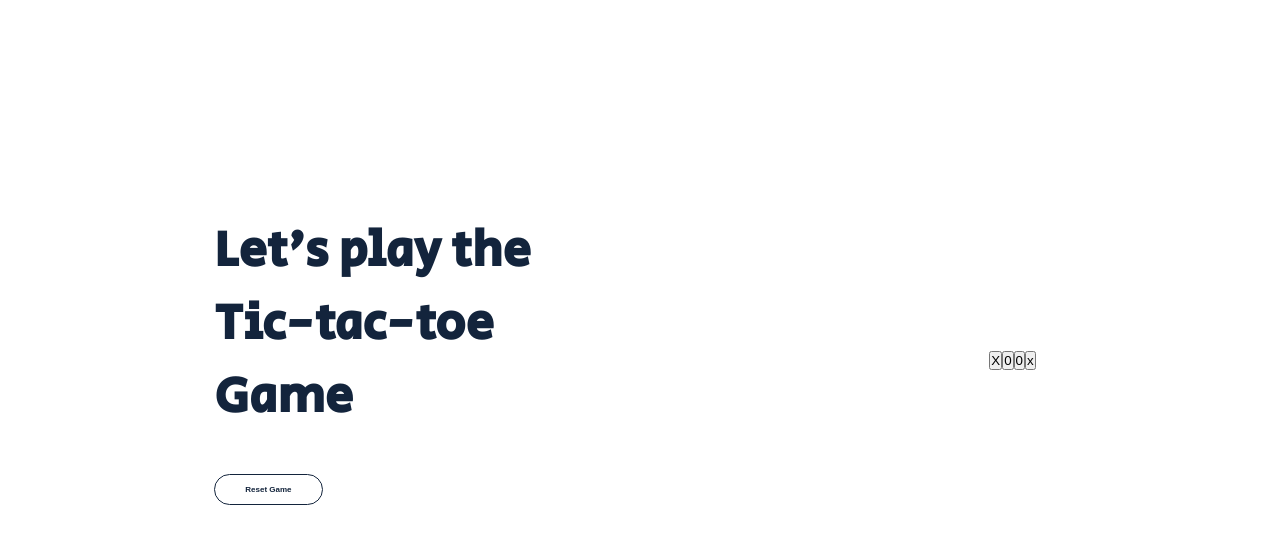
Repository: evergreenx/tic-tac
Page: /
An editor plug-in stored every save of this project. The page is shown before and after the next save, followed by the edit.
The browser window is 1280 px wide. The pictures show the whole page.
The project was rebuilt for these pictures with package versions that can differ from the ones it lists, and the page was loaded fresh each time.

Above is the page before, as saved 2022-04-21 14:02:56.

### src/index.scss

$primary-color: #13243C;

@import url("https://fonts.googleapis.com/css2?family=Anton&family=Secular+One&display=swap");

* {
  margin: 0;
  padding: 0;
  box-sizing: border-box;
}

body {
  font-family: "Secular One", sans-serif;
}

.App {
  display: flex;
  flex-direction: row;
  align-items: center;
  justify-content: space-around;
  height: 100vh;

  .board-text {
    .heading {
      color: $primary-color;
      font-size: 50px;
      margin-bottom: 20px;
    }


  }
}

@media (max-width: 768px) {
  .App {
    flex-direction: column;
  }
}

### src/App.js
import Board from "./components/Board";

function App() {
  return (
    <section className="App">
      <div className="board-text">
        <h1 className="heading">
          Let's play the <br /> Tic-tac-toe <br />  Game
        </h1>
        <div class="reset--button">
          <button class="reset--button--text">Reset Game</button>
        </div>
      </div>

      <Board />
    </section>
  );
}

export default App;

### src/components/Board.jsx
import React from "react";
import './Board.scss'

function Board() {
  return (
    <div className="board">
      <button>X</button>

      <button>0</button>

      <button>0</button>

      <button>x</button>
    </div>
  );
}

export default Board;

### src/components/Board/Board.scss
.board {
  display: flex;
  flex-direction: row;
  padding: 30px;
}

.game-status {
  align-self: flex-end;
  margin-top: 30px;
}
.reset--button--text {
  color: #13243C;
  font-size: 0.5rem;
  padding: 10px 30px;
  border: 1px #13243C solid;
  border-radius: 50px;
  cursor: pointer;
  background-color: #fff;
  margin-top: 20px;
  font-weight: 600;
}

Loaded but not shown: public/index.html (common file); src/index.js (common file); src/reportWebVitals.js (common file)

After the next save:
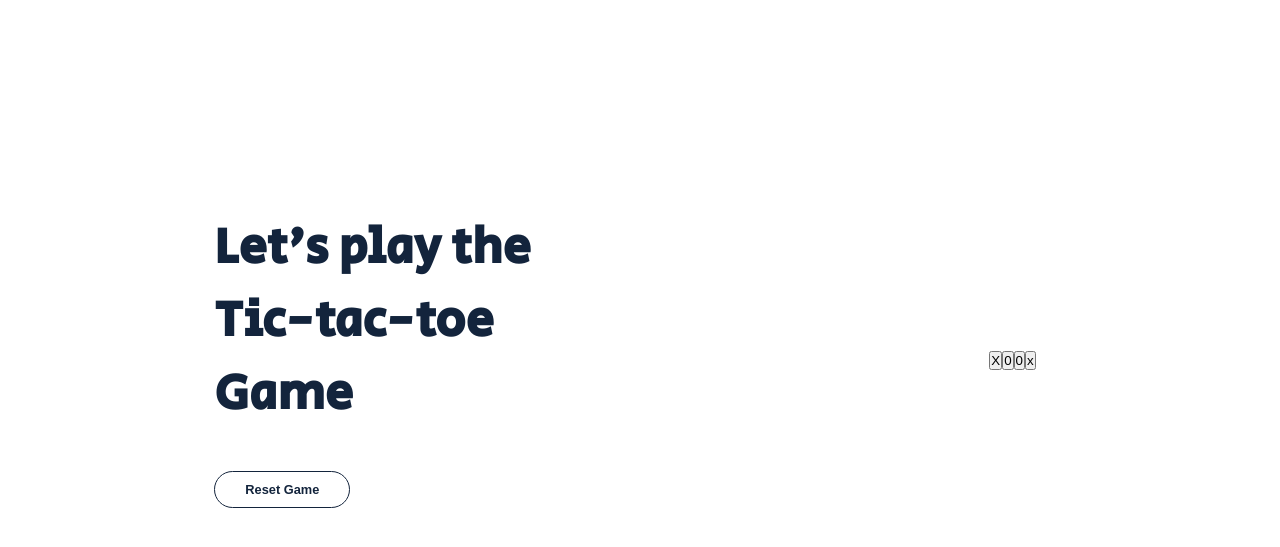
Saved 6 s later.
--- a/src/components/Board/Board.scss
+++ b/src/components/Board/Board.scss
@@ -10,7 +10,7 @@
 }
 .reset--button--text {
   color: #13243C;
-  font-size: 0.5rem;
+  font-size: 0.8rem;
   padding: 10px 30px;
   border: 1px #13243C solid;
   border-radius: 50px;
